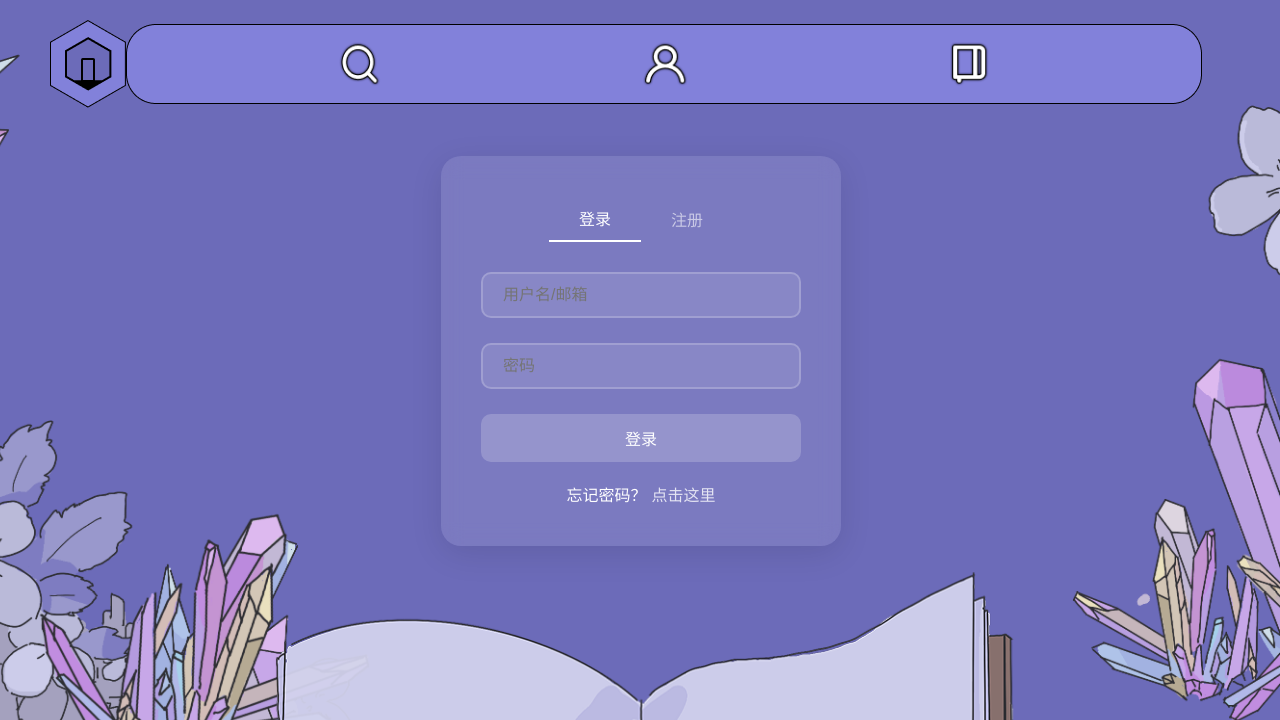
Repository: carolmmc/BabelLibrary
Page: find 登陆页.html
An editor plug-in stored every save of this project. The page is shown before and after the next save, followed by the edit.
The browser window is 1280 px wide. The pictures show the whole page.

Above is the page before, as saved 2025-05-09 14:47:24.

After the next save:
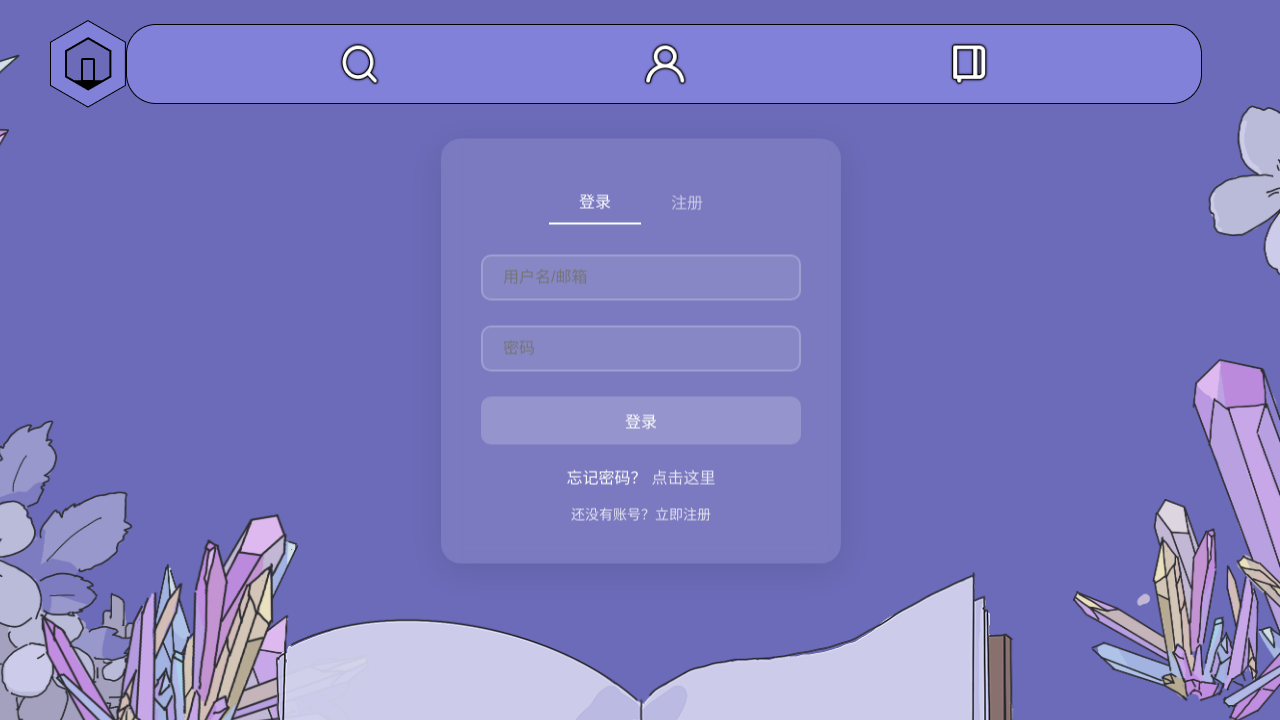
Saved 115 s later.
--- a/find 登陆页.html
+++ b/find 登陆页.html
@@ -230,6 +230,23 @@
         .tab-button.active {
             opacity: 1;
             border-bottom: 2px solid white;
+        }
+
+        .to-register {
+            text-align: center;
+            margin-top: 15px;
+        }
+
+        .to-register a {
+            color: rgba(255, 255, 255, 0.8);
+            text-decoration: none;
+            font-size: 14px;
+            transition: all 0.3s ease;
+        }
+
+        .to-register a:hover {
+            color: white;
+            text-decoration: underline;
         }
     </style>
 </head>
@@ -283,6 +300,9 @@
                 </div>
                 <button type="submit" class="form-button">注册</button>
             </form>
+            <div class="to-register">
+                <a href="register.html">还没有账号？立即注册</a>
+            </div>
         </div>
     </div>
     <div class="bottom-decoration"></div>
